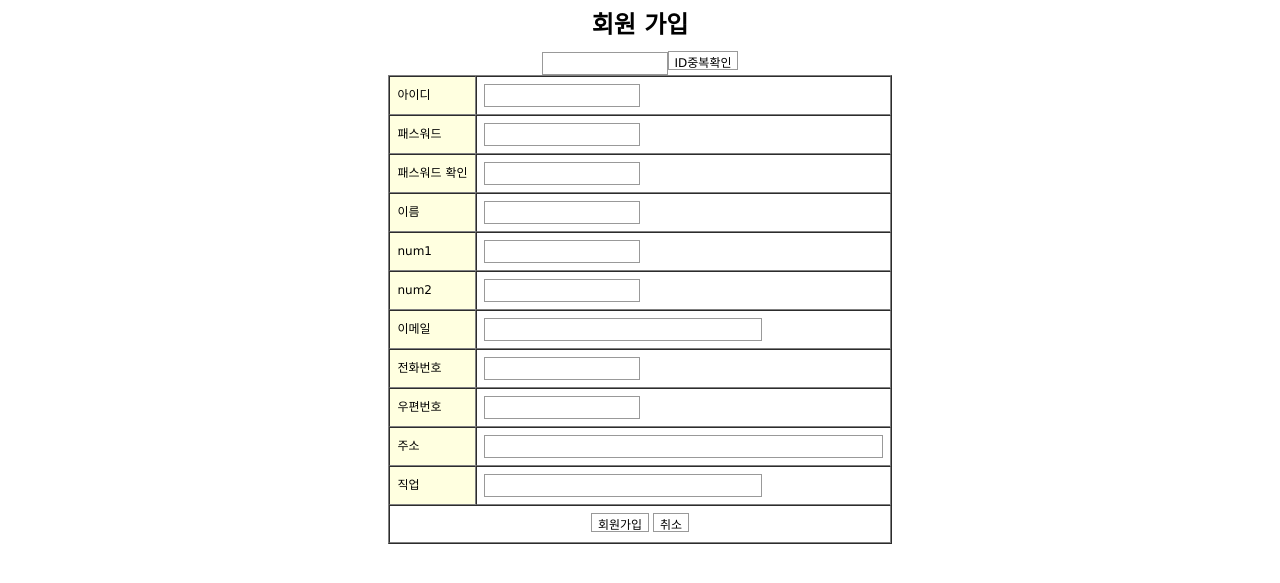
Repository: leekyengho/zodiac
Page: http://localhost/jsphomepage/homepage/member.jsp
The author's editor kept a copy of each file at every save. The page is drawn from the files as they stood at one save, then again after the next save.
The browser window is 1280 px wide. The pictures show the whole page.
The page is served by Tomcat 9.

Above is the page before, as saved 2016-11-26 19:09:08.

After the next save:
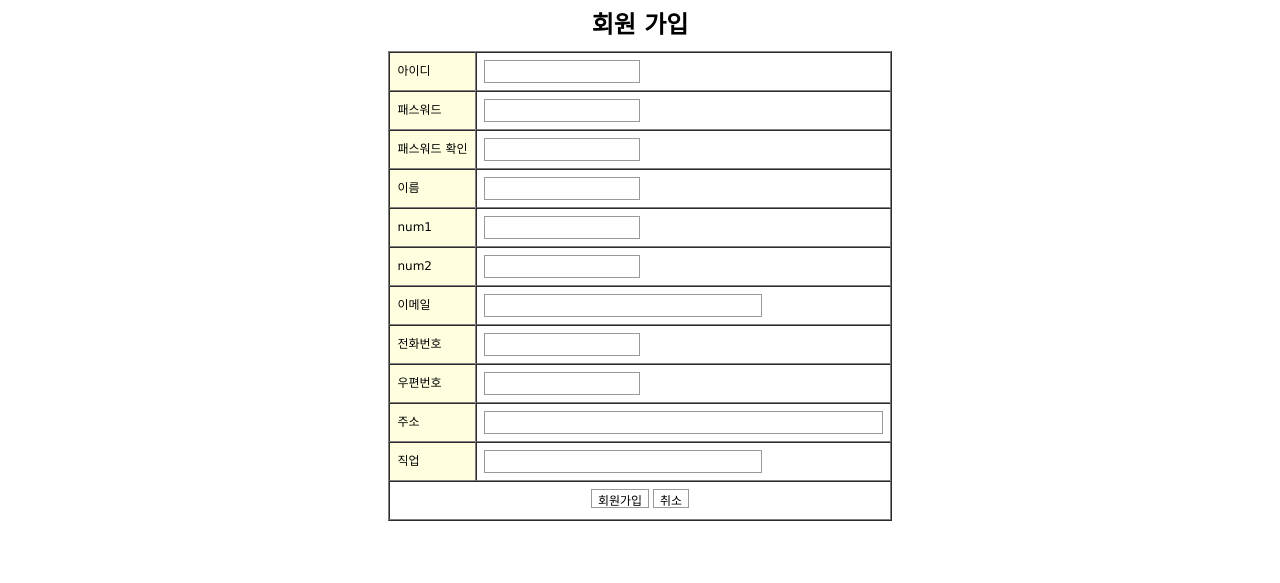
Saved 43 s later.
--- a/jsphomepage/WebContent/homepage/member.jsp
+++ b/jsphomepage/WebContent/homepage/member.jsp
@@ -32,8 +32,6 @@
 		<table border=1 cellpadding=7 cellspacing=0 >
 			<tr>
 				<td bgcolor=lightyellow>아이디 </td>
-				<input type="text" name="id" size="15" value="">
-				<input type="button" value="ID중복확인" onClick="idCheck(this.form.id.value)">
     			<td align=left><input type="text" name="id"  maxlength=20></td>
     		</tr>
 			<tr>
